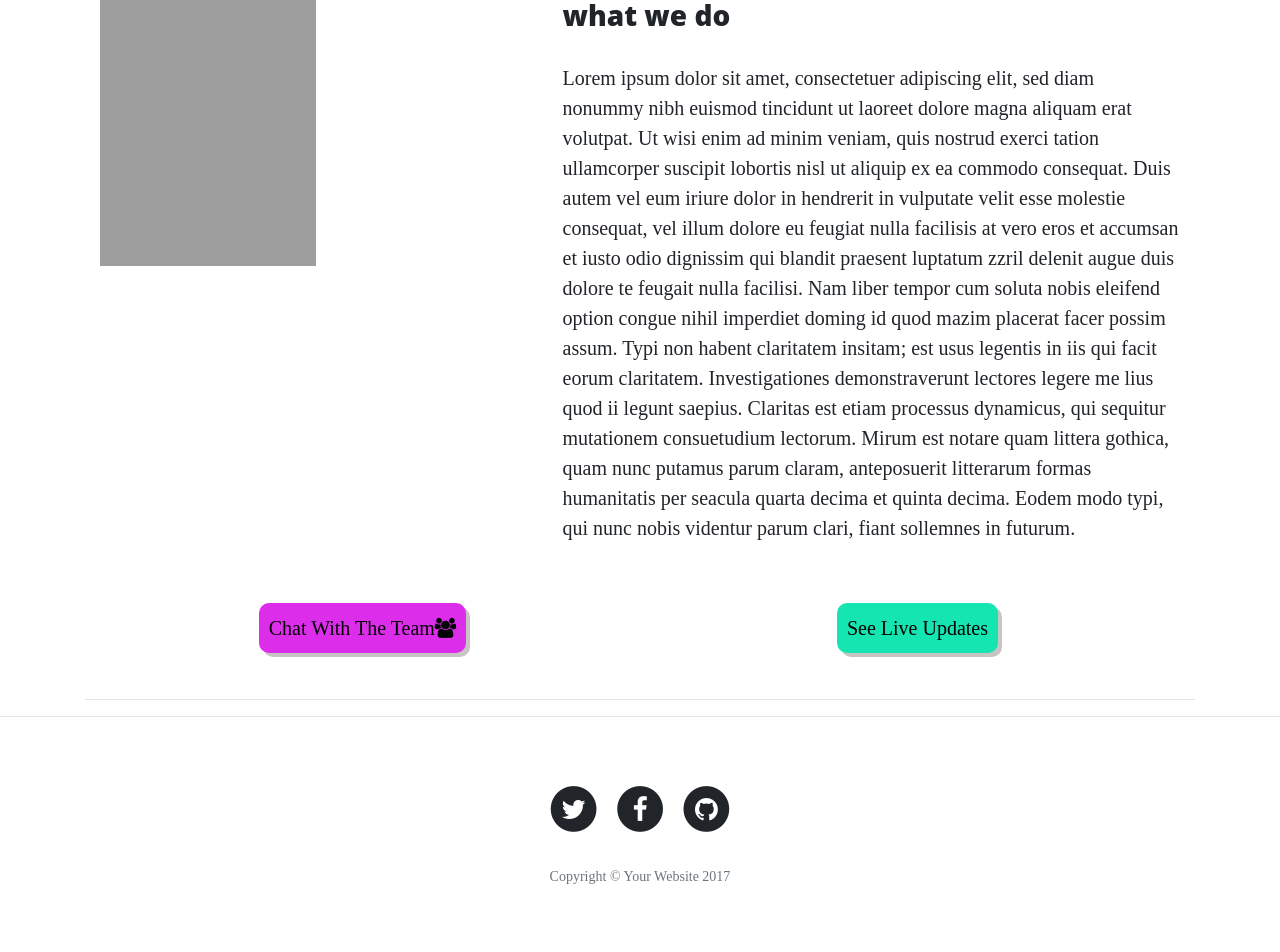
Repository: cachimiro/los-pochoclos
Page: http://localhost/charity
The author's editor kept a record of every edit. The page is drawn from the files as they stood at one moment, then again after the next edit.
The browser window is 1280 px wide. The pictures show the part of the page from y = 1902 to 2854 px (the page is 2854 px tall).
Pictures or frames that could not be fetched are drawn as grey boxes. The page is served by the project's application, run on Flask 3 (run.py). Other server files are loaded and not shown.

Above is the page before.

### templates/charity.html
{% extends 'base.html' %} {% block content %}

  <!---- style for image slide show------>

<style>
.mySlides {
  display: none;
}

img {
  vertical-align: middle;
}

/* Slideshow container */

.slideshow-container {
  max-width: 1000px;
  position: relative;
  margin: auto;
}


/* Fading animation */

.fade {
  -webkit-animation-name: fade;
  -webkit-animation-duration: 3s;
  animation-name: fade;
  animation-duration: 3s;
  width: 80%;


}

@-webkit-keyframes fade {
  from {
    opacity: .4
  }
  to {
    opacity: 1
  }
}

@keyframes fade {
  from {
    opacity: .4
  }
  to {
    opacity: 1
  }
}

/* On smaller screens, decrease text size */

@media only screen and (max-width: 300px) {
  .text {
    font-size: 11px
  }
}
.header-what-we-do{
  margin-top: 100px;

}
/*---------- style for buttons at the end of the section*/
.col-lg-6, .col-md-6, .col-sm-6 button{
  text-align: center;
  padding:10px;
}
button{
  margin: 20px;
  border-radius: 10px;
  text-decoration:none;
  background-color:#dc2deb;
  border:none;
  box-shadow: 4px 4px #c8c4c4;
}
.colour-change{
  background-color: #15e5b1;
}



</style>
<h2>

   {{ page_title }}

</h2><header class="masthead" style="background-image: url('https://scontent-lht6-1.xx.fbcdn.net/v/t1.0-9/198979_183783401664354_8256655_n.jpg?_nc_cat=107&_nc_ohc=fo7OV44w-2MAQn056HLddJiNwwdMlJGb7H2xHXyMq6WGMhgtGDJShV99A&_nc_ht=scontent-lht6-1.xx&oh=b607f42559864e66febb7cb282797aff&oe=5E6CB1C7')"><div class="overlay"></div><div class="container"><div class="row"><div class="col-lg-8 col-md-10 mx-auto"><div class="post-heading"><h1 style=" text-align:  center; margin:10px">Her Name IS Tanya</h1><h2 class="subheading" style=" text-align:  center">She is the reason this charity is taking place</h2></div></div></div></div></header><section><div class="container"><div class="row"><div class="col-lg-7 col-md-7 "><h3>why we do it</h3><p>Lorem ipsum dolor sit amet,
consectetuer adipiscing elit,
sed diam nonummy nibh euismod tincidunt ut laoreet dolore magna aliquam erat volutpat. Ut wisi enim ad minim veniam,
quis nostrud exerci tation ullamcorper suscipit lobortis nisl ut aliquip ex ea commodo consequat. Duis autem vel eum iriure dolor in hendrerit in vulputate velit esse molestie consequat,
vel illum dolore eu feugiat nulla facilisis at vero eros et accumsan et iusto odio dignissim qui blandit praesent luptatum zzril delenit augue duis dolore te feugait nulla facilisi. Nam liber tempor cum soluta nobis eleifend option congue nihil imperdiet doming id quod mazim placerat facer possim assum. Typi non habent claritatem insitam;
est usus legentis in iis qui facit eorum claritatem. Investigationes demonstraverunt lectores legere me lius quod ii legunt saepius. Claritas est etiam processus dynamicus,
qui sequitur mutationem consuetudium lectorum. Mirum est notare quam littera gothica,
quam nunc putamus parum claram,
anteposuerit litterarum formas humanitatis per seacula quarta decima et quinta decima. Eodem modo typi,
qui nunc nobis videntur parum clari,
fiant sollemnes in futurum.</p>
</div>
<div class="col-lg-5 col-md-5 " id="slide-show-photos">
  <div class="slideshow-container">
    <div class="mySlides fade">
      <img src="../static/img/tanya.jpg" style="width:100%"></div>
      <div class="mySlides fade">
        <img src="../static/img/tanya johann me.jpg" style="width:100%">
        </div>
        <div class="mySlides fade">
          <img src="../static/img/tanya johann boat.jpg" style="width:100%">
          </div>
          <div class="mySlides fade">
            <img src="https://scontent-lht6-1.xx.fbcdn.net/v/t1.0-9/25386_102864843089544_4935509_n.jpg?_nc_cat=103&_nc_ohc=gEBut99aF3IAQkGh2dldj7rDEqOye1kls_eliVdeWwcZ1DdaCadag5gFQ&_nc_ht=scontent-lht6-1.xx&oh=cae8cc26c64154a938cf9d5bbbaead0b&oe=5E72ED2F" style="width:100%">
            </div>
            <div class="mySlides fade">
              <img src="https://scontent-lht6-1.xx.fbcdn.net/v/t1.0-9/180900_177976592245035_1671228_n.jpg?_nc_cat=109&_nc_ohc=qDvnJq8rDvAAQloh-x4Y1ss8SHi2GQDt0S3Kc7WZ157JWn1C8r6mT0zFA&_nc_ht=scontent-lht6-1.xx&oh=0b086a2d586bd58b9278851fe02b9c69&oe=5E89726A" style="width:100%">
              </div>
              <div class="mySlides fade">
                <img src="https://scontent-lht6-1.xx.fbcdn.net/v/t1.0-9/39856_129568613752500_1749319_n.jpg?_nc_cat=107&_nc_ohc=VbtnikZ4UBIAQm_39U4ICHl5PVwWSM9EfFt46WSFkuyafOAVk16vLfBNQ&_nc_ht=scontent-lht6-1.xx&oh=3916972b16bf0ef1aaa6dbd30f918e8c&oe=5E857C1F" style="width:100%">
                </div>
                <div class="mySlides fade">
                  <img src="https://scontent-lht6-1.xx.fbcdn.net/v/t1.0-9/23616_102168856492476_1335747_n.jpg?_nc_cat=100&_nc_ohc=_Y0Ii_6dvjcAQld-oXSXNZD6aHam7c5aFn1_Psz9tGSr24VNRF43ApxNg&_nc_ht=scontent-lht6-1.xx&oh=45c7b910adaab8b106013aae4438ef9c&oe=5E7C4A69" style="width:100%">
                  </div>
                  <div class="mySlides fade">
                    <img src="https://scontent-lht6-1.xx.fbcdn.net/v/t1.0-9/23616_102168843159144_7658005_n.jpg?_nc_cat=105&_nc_ohc=C1_1UhY55poAQmDDsgh1mSU5BhCB98OIYsiea9VLHcAAWtw3R7zCmK9Qw&_nc_ht=scontent-lht6-1.xx&oh=c30c6dd46ef4eb20c48488902b23b23b&oe=5E679151" style="width:100%">
                    </div>
                    <div class="mySlides fade">
                      <img src="https://scontent-lht6-1.xx.fbcdn.net/v/t1.0-9/23616_102168839825811_4312866_n.jpg?_nc_cat=103&_nc_ohc=7XZMiaFhE68AQlGjjlRyDXl-6vRoc4kv43HAD3T51gYsdx9m0FwPdykvA&_nc_ht=scontent-lht6-1.xx&oh=14b57c4db923190f0b434e5ee2c40ac8&oe=5E84D878" style="width:100%">
                      </div>
                      <div class="mySlides fade">
                        <img src="https://scontent-lht6-1.xx.fbcdn.net/v/t1.0-9/23616_102168826492479_7425229_n.jpg?_nc_cat=102&_nc_ohc=P069FW_Xm0MAQmMMkUpeGYPFX3nCmj2GIx885TjCuPyCAKm8NxeiozWWA&_nc_ht=scontent-lht6-1.xx&oh=7587277eeb2a455100c6cf21e5ccabec&oe=5E7725B3" style="width:100%">
                        </div>
                        <div class="mySlides fade">
                          <img src="https://scontent-lht6-1.xx.fbcdn.net/v/t1.0-9/23616_102168796492482_5337829_n.jpg?_nc_cat=111&_nc_ohc=h9tve8Wh-joAQlkQ4HomnAXcCsh_u3Y_tedr8m8sGSzLUf8caP8--Y27g&_nc_ht=scontent-lht6-1.xx&oh=75648782b4571c95bec1810f26d56d2e&oe=5E6C4F18" style="width:100%">
                          </div>

                          </div>
                          </div>
                          <div class="container">
                            <div class="row">
                              <div class="col-lg-5 col-md-5 ">

                  <img src="https://image.freepik.com/free-vector/red-coming-soon-neon-icon-vector_53876-63152.jpg"></img>

       </div>
     <div class="col-lg-7 col-md-7 ">
   <h3 class="header-what-we-do">what we do</h3>
   <p>Lorem ipsum dolor sit amet,
consectetuer adipiscing elit,
sed diam nonummy nibh euismod tincidunt ut laoreet dolore magna aliquam erat volutpat. Ut wisi enim ad minim veniam,
quis nostrud exerci tation ullamcorper suscipit lobortis nisl ut aliquip ex ea commodo consequat. Duis autem vel eum iriure dolor in hendrerit in vulputate velit esse molestie consequat,
vel illum dolore eu feugiat nulla facilisis at vero eros et accumsan et iusto odio dignissim qui blandit praesent luptatum zzril delenit augue duis dolore te feugait nulla facilisi. Nam liber tempor cum soluta nobis eleifend option congue nihil imperdiet doming id quod mazim placerat facer possim assum. Typi non habent claritatem insitam;
est usus legentis in iis qui facit eorum claritatem. Investigationes demonstraverunt lectores legere me lius quod ii legunt saepius. Claritas est etiam processus dynamicus,
qui sequitur mutationem consuetudium lectorum. Mirum est notare quam littera gothica,
quam nunc putamus parum claram,
anteposuerit litterarum formas humanitatis per seacula quarta decima et quinta decima. Eodem modo typi,
qui nunc nobis videntur parum clari,
fiant sollemnes in futurum.</p>

</p>
</div>
</div>
</div>
<div class="container">
  <div class="row">
    <div class="col-lg-6 col-md-6 col-sm-6">
      <button>Chat With The Team<i class="fa fa-users"></i></button>
    </div>
    <div class="col-lg-6 col-md-6 col-sm-6">
      <button class="colour-change">See Live Updates<i class="fas fa-people-carry"></i></button>
    </div>
  </div>
</div>
</section>
<hr>
<script>
var slideIndex=0;
showSlides();

function showSlides() {
  var i;
  var slides=document.getElementsByClassName("mySlides");
  var stopSlideShow=document.getElementsByClassName('stop-Slide-Show');
  for (i=0;
  i < slides.length;
  i++) {
    slides[i].style.display="none";
  }
  slideIndex++;
  if (slideIndex > slides.length) {
    slideIndex=1
  }

  slides[slideIndex-1].style.display="block";
  setTimeout(showSlides, 3000); // Change image every 2 seconds

}




</script>
{% endblock %}

### templates/base.html
<!DOCTYPE html>
<html lang="en">
<head>
    <meta charset="UTF-8">
    <meta name="viewport" content="width=device-width, initial-scale=1.0">
    <meta http-equiv="X-UA-Compatible" content="ie=edge">
    <link href="https://stackpath.bootstrapcdn.com/font-awesome/4.7.0/css/font-awesome.min.css" rel="stylesheet" integrity="sha384-wvfXpqpZZVQGK6TAh5PVlGOfQNHSoD2xbE+QkPxCAFlNEevoEH3Sl0sibVcOQVnN" crossorigin="anonymous">
    <link href="{{ url_for('static', filename='vendor/bootstrap/css/bootstrap.min.css') }}" rel="stylesheet">
    <link rel="stylesheet" href="{{ url_for('static', filename='css/clean-blog.min.css') }}" type="text/css" />
    <link rel="stylesheet" href="{{ url_for('static', filename='css/style.css') }}" type="text/css" />
    <title>Los Pochocolos</title>
</head>
<body>
    <!-- Navigation -->
    <nav class="navbar navbar-expand-lg navbar-light fixed-top" id="mainNav">
        <div class="container">
            <a class="navbar-brand" href="{{url_for('index') }}">Finca Los Pochocolos</a>
            <button class="navbar-toggler navbar-toggler-right" type="button" data-toggle="collapse" data-target="#navbarResponsive" aria-controls="navbarResponsive" aria-expanded="false" aria-label="Toggle navigation">
          Menu
          <i class="fa fa-bars"></i>
        </button>
            <div class="collapse navbar-collapse" id="navbarResponsive">
                <ul class="navbar-nav ml-auto">
                    <li class="nav-item">
                        <a class="nav-link" href="{{ url_for('index') }}">Home</a>
                    </li>
                    <li class="nav-item">
                        <a class="nav-link" href="{{ url_for('about') }}">About</a>
                    </li>
                    <li class="nav-item">
                        <a class="nav-link" href="{{ url_for('contact') }}">Contact</a>
                    </li>
                    <li class="nav-item">
                        <a class="nav-link" href="{{ url_for('careers') }}">Careers</a>
                    </li>
                       <li class="nav-item">
                        <a class="nav-link" href="{{ url_for('charity') }}">Charity</a>
                    </li>
                </ul>
            </div>
        </div>
    </nav>

    <!-- Page Header -->
    <header class="masthead" style="background-image: url('https://berakatours.com/wp-content/uploads/2017/09/Avistamiento-Aves-Colombia.jpg')">
        <div class="overlay"></div>
        <div class="container">
            <div class="row">
                <div class="col-lg-8 col-md-10 mx-auto">
                    <div class="site-heading">
                        <h1>Los Pocholos</h1>
                        <span class="subheading">Turismo En La Guajira Colombia</span>
                    </div>
                </div>
            </div>
        </div>
    </header>

    <!-- Main Content -->
    <div class="container">
        {% block content %} {% endblock %}
    </div>

    <hr>

    <!-- Footer -->
    <footer>
        <div class="container">
            <div class="row">
                <div class="col-lg-8 col-md-10 mx-auto">
                    <ul class="list-inline text-center">
                        <li class="list-inline-item">
                            <a href="#">
                                <span class="fa-stack fa-lg">
                    <i class="fa fa-circle fa-stack-2x"></i>
                    <i class="fa fa-twitter fa-stack-1x fa-inverse"></i>
                  </span>
                            </a>
                        </li>
                        <li class="list-inline-item">
                            <a href="#">
                                <span class="fa-stack fa-lg">
                    <i class="fa fa-circle fa-stack-2x"></i>
                    <i class="fa fa-facebook fa-stack-1x fa-inverse"></i>
                  </span>
                            </a>
                        </li>
                        <li class="list-inline-item">
                            <a href="#">
                                <span class="fa-stack fa-lg">
                    <i class="fa fa-circle fa-stack-2x"></i>
                    <i class="fa fa-github fa-stack-1x fa-inverse"></i>
                  </span>
                            </a>
                        </li>
                    </ul>
                    <p class="copyright text-muted">Copyright &copy; Your Website 2017</p>
                </div>
            </div>
        </div>
    </footer>

    <!-- Bootstrap core JavaScript -->
    <script src="{{ url_for('static', filename='vendor/jquery/jquery.min.js') }}"></script>
    <script src="{{ url_for('static', filename='vendor/bootstrap/js/bootstrap.bundle.min.js') }}"></script>

    <!-- Custom scripts for this template -->
    <script src="{{ url_for('static', filename='js/clean-blog.min.js') }}"></script>

</body>
</html>

### run.py
import os
import json
from flask import Flask, render_template, request, flash

app = Flask(__name__)
app.secret_key = "cachimiro"


@app.route('/')
def index():
    return render_template("index.html")


@app.route('/about')
def about():
    data = []
    with open("data/company.json", "r") as json_data:
        data = json.load(json_data)
    return render_template("about.html", page_title="About", company=data)

@app.route('/about/<member_name>')
def about_member(member_name):
    member = {}

    with open("data/company.json", "r") as json_data:
        data = json.load(json_data)
        for obj in data:
            if obj["url"] == member_name:
                member = obj

    return render_template("member.html", member=member)




@app.route('/contact', methods=["GET", "POST"])
def contact():
    if request.method == "POST":
        flash("Thanks {}, we have received your message".format(
            request.form["name"]
        ))
    return render_template("contact.html", page_title="Contact")


@app.route('/careers')
def careers():
   return render_template("careers.html", page_title="careers")

@app.route('/charity')
def charity():
   return render_template("charity.html", page_title="charity")

if __name__ == '__main__':
    app.run(host=os.environ.get('IP'),
            port=int(os.environ.get('PORT')),
            debug=True)

### static/css/style.css
.col-md-5 img {
    width: 50%;
    height: 50%;
    margin-top: 30px;
    margin-bottom: 50px;

}

Loaded but not shown: static/css/clean-blog.min.css (library); static/js/clean-blog.min.js (common file)

After the next edit:
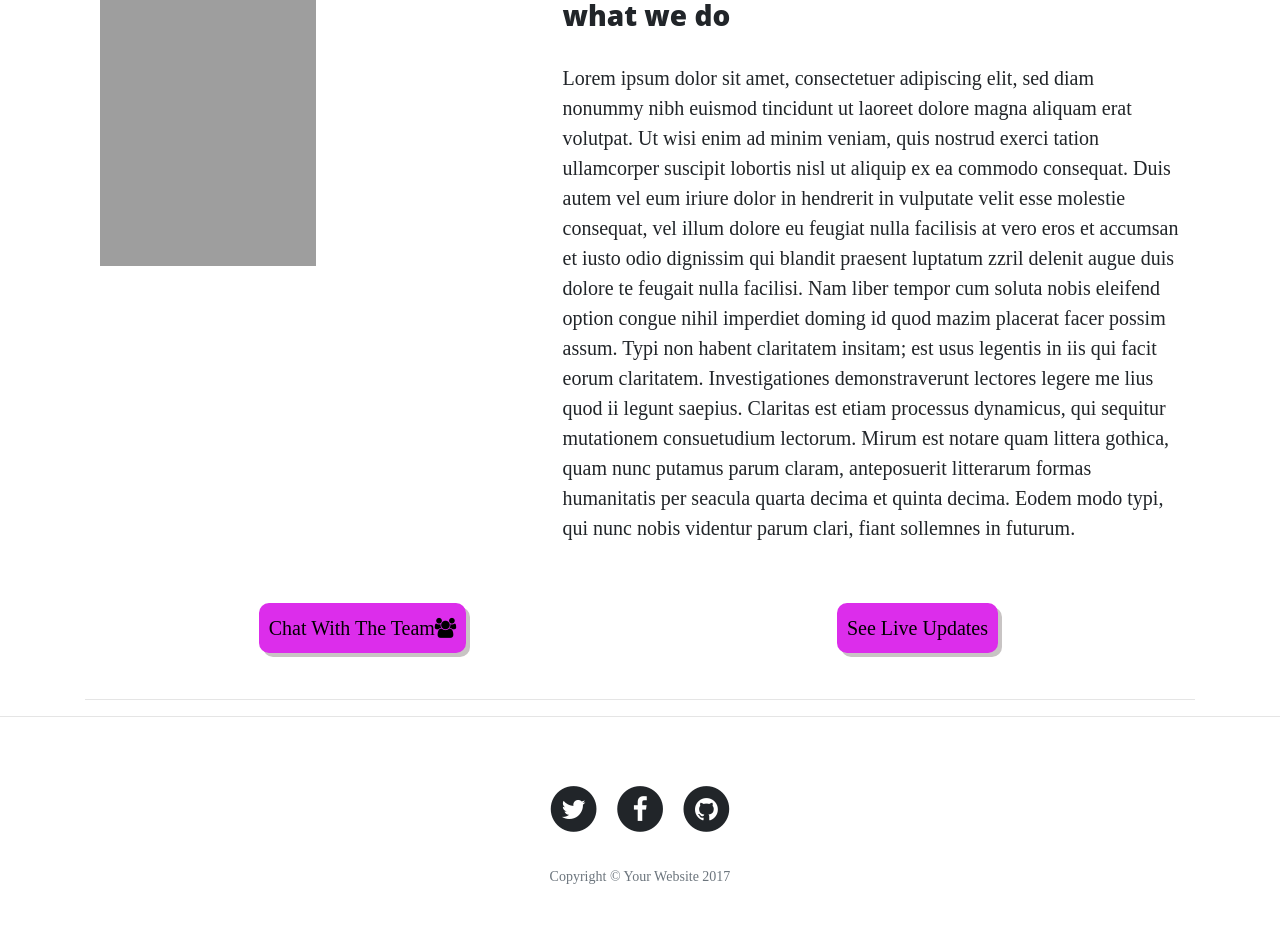
The edit:
--- a/templates/charity.html
+++ b/templates/charity.html
@@ -74,9 +74,7 @@
   border:none;
   box-shadow: 4px 4px #c8c4c4;
 }
-.colour-change{
-  background-color: #15e5b1;
-}
+
 
 
 
